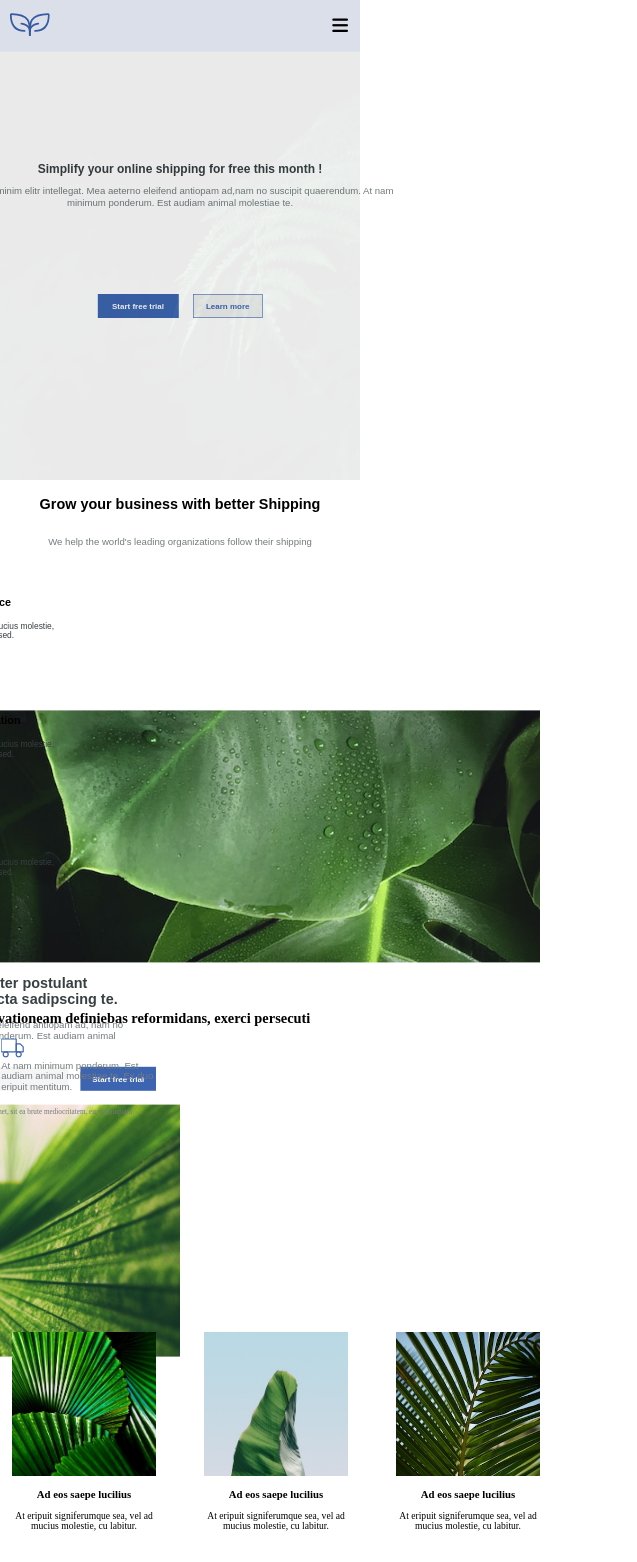
Repository: Mygit2001/LeTuSy_Test_Ecommage
Page: index.html
These files come from the project's save history. The page is drawn as it stood at one moment and after the next save; the edit follows.
The browser window is 600 px wide. The page is 900 px wide, then 1061 px, so the pictures cover 1061 px, including what lies to the right of the window. The pictures show the whole page, at 60% of full size.
Some web fonts or font styles are not loaded; a fallback is used. Some web libraries are served in a nearby version.

Above is the page before, as saved 2023-02-15 23:05:03.

After the next save:
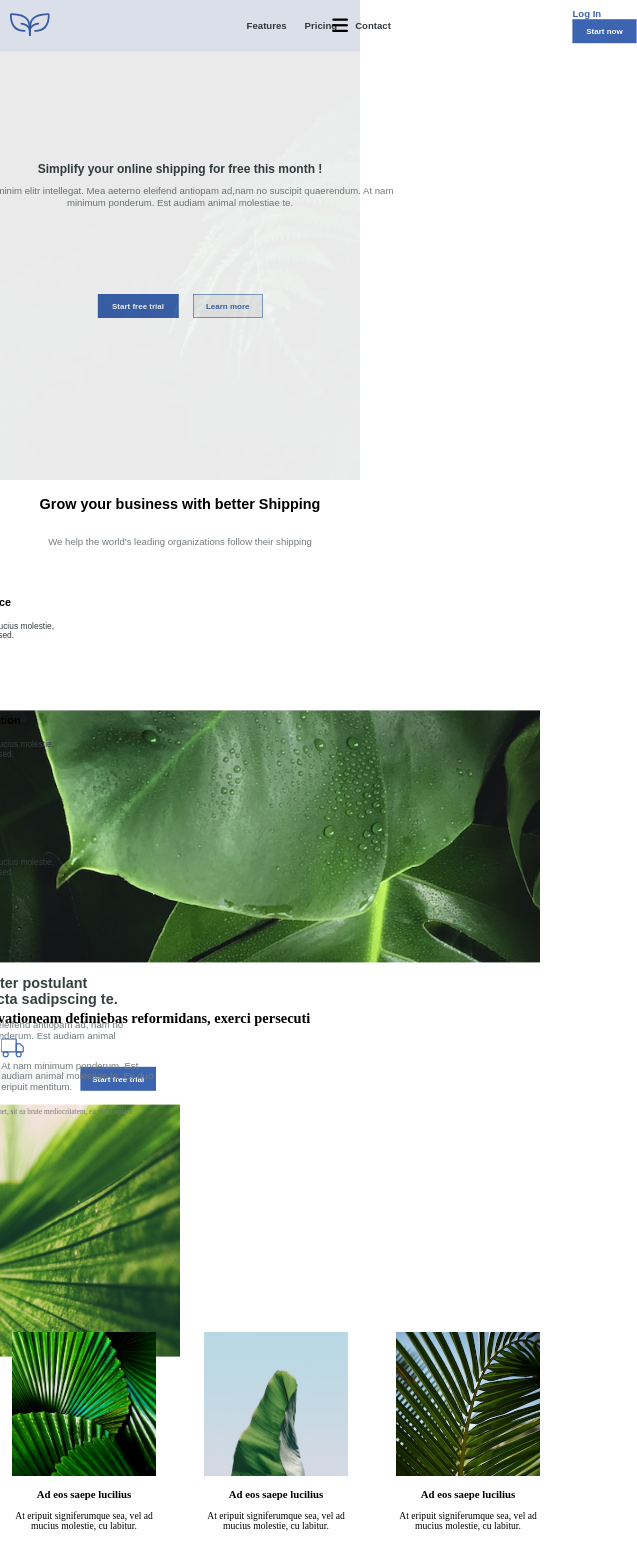
Saved 94 s later.
--- a/assets/css/responsive.css
+++ b/assets/css/responsive.css
@@ -18,9 +18,7 @@
     .col-sm-6 {
         width: 50%;
     }
-    .menu,.navitem-right {
-        display:none;
-    }
+
 }
 
 /* Tablet */
